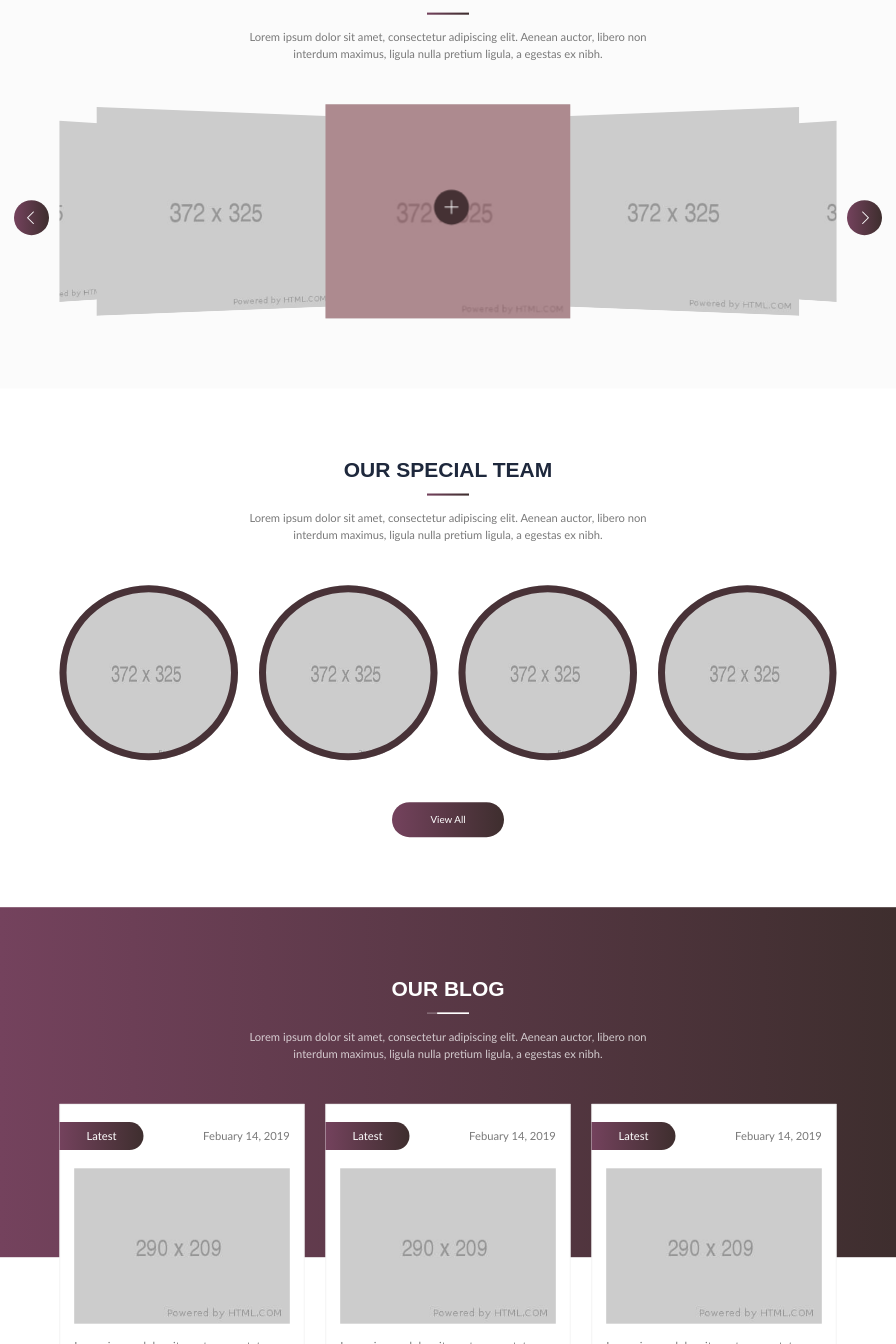
Repository: maqsudov0371/vazifa7oy10dars
Page: http://localhost/
The author's editor kept a copy of each file at every save. The page is drawn from the files as they stood at one save, then again after a run of saves.
The browser window is 1280 px wide. The pictures show the part of the page from y = 3000 to 4920 px (the page is 7058 px tall), at 70% of full size.
Backgrounds fixed to the window are drawn as part of the page. Some web fonts or font styles are not loaded; a fallback is used. The page is served by the project's application, run on Django 4.2 (manage.py). The page reads the database file committed with the project. Queries for data that is not in the repository find no rows.

Above is the page before, as saved 2024-09-11 15:12:08.

After the next 2 saves:
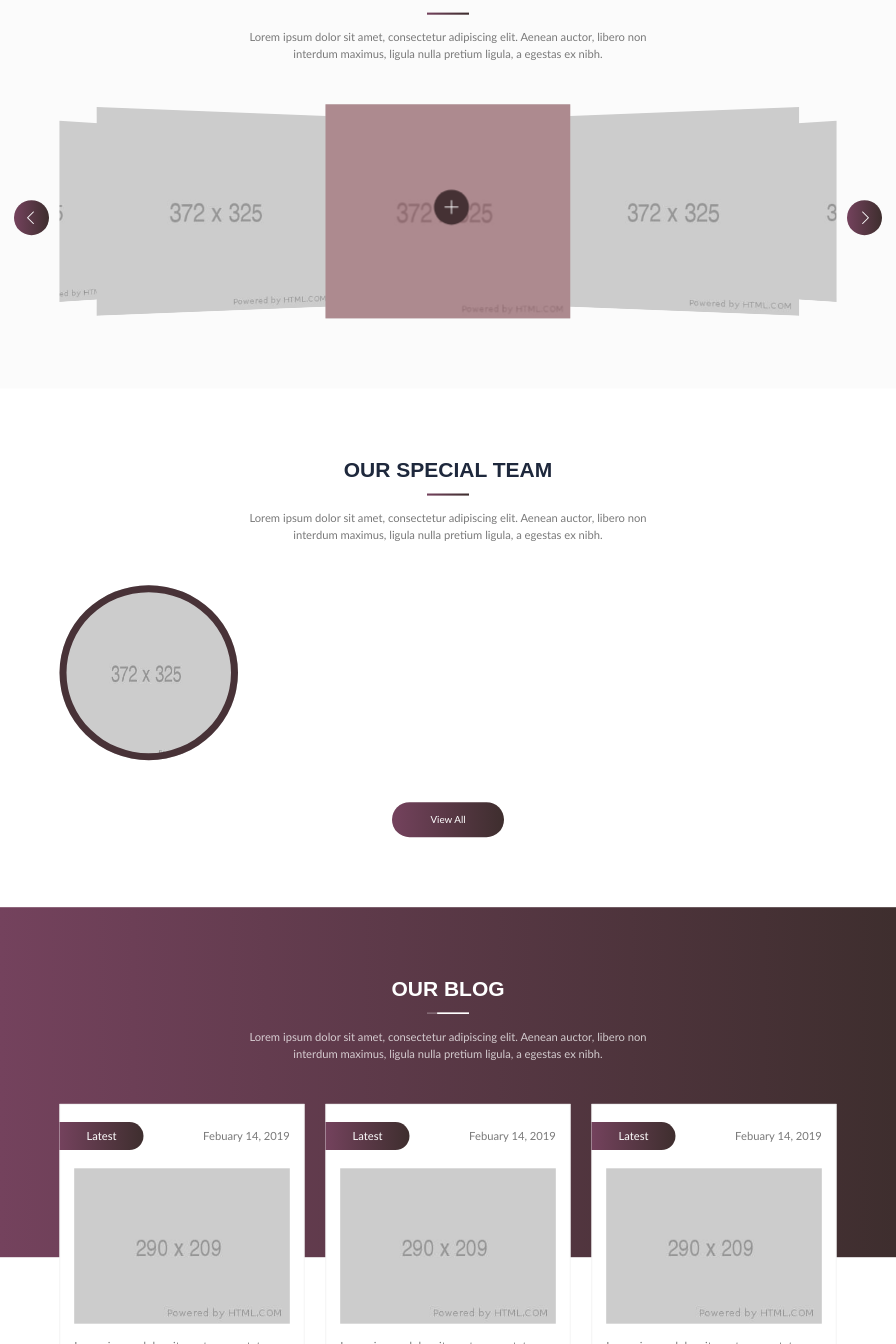
The 2 saves are shown as one change because they came seconds apart.
The last was saved 5 min 21 s later.
--- a/main/templates/main/components/_team_wrapper.html
+++ b/main/templates/main/components/_team_wrapper.html
@@ -8,6 +8,7 @@
                             <br>interdum maximus, ligula nulla pretium ligula, a egestas ex nibh.</p>
                     </div>
                 </div>
+
                 <div class="col-xl-3 col-lg-3 col-md-6 col-sm-6 col-12 self_align_center">
                     <div class="edu_team_main_box">
                         <h3><a href="#">Jacklen Fandores</a></h3>
@@ -27,63 +28,7 @@
                         </div>
                     </div>
                 </div>
-                <div class="col-xl-3 col-lg-3 col-md-6 col-sm-6 col-12 self_align_center">
-                    <div class="edu_team_main_box">
-                        <h3><a href="#">Jacklen Fandores</a></h3>
-                        <p>Web Designer</p>
-                        <ul>
-                            <li><a href="#"><i class="fab fa-facebook-f"></i></a>
-                            </li>
-                            <li><a href="#"><i class="fab fa-twitter"></i></a>
-                            </li>
-                            <li><a href="#"><i class="fab fa-youtube"></i></a>
-                            </li>
-                            <li><a href="#"><i class="fab fa-linkedin-in"></i></a>
-                            </li>
-                        </ul>
-                        <div class="edu_team_inner_box">
-                            <img src="/static/images/it2.jpg" alt="img">
-                        </div>
-                    </div>
-                </div>
-                <div class="col-xl-3 col-lg-3 col-md-6 col-sm-6 col-12 self_align_center">
-                    <div class="edu_team_main_box">
-                        <h3><a href="#">Jacklen Fandores</a></h3>
-                        <p>Web Designer</p>
-                        <ul>
-                            <li><a href="#"><i class="fab fa-facebook-f"></i></a>
-                            </li>
-                            <li><a href="#"><i class="fab fa-twitter"></i></a>
-                            </li>
-                            <li><a href="#"><i class="fab fa-youtube"></i></a>
-                            </li>
-                            <li><a href="#"><i class="fab fa-linkedin-in"></i></a>
-                            </li>
-                        </ul>
-                        <div class="edu_team_inner_box">
-                            <img src="/static/images/it3.jpg" alt="img">
-                        </div>
-                    </div>
-                </div>
-                <div class="col-xl-3 col-lg-3 col-md-6 col-sm-6 col-12 self_align_center">
-                    <div class="edu_team_main_box">
-                        <h3><a href="#">Jacklen Fandores</a></h3>
-                        <p>Web Designer</p>
-                        <ul>
-                            <li><a href="#"><i class="fab fa-facebook-f"></i></a>
-                            </li>
-                            <li><a href="#"><i class="fab fa-twitter"></i></a>
-                            </li>
-                            <li><a href="#"><i class="fab fa-youtube"></i></a>
-                            </li>
-                            <li><a href="#"><i class="fab fa-linkedin-in"></i></a>
-                            </li>
-                        </ul>
-                        <div class="edu_team_inner_box">
-                            <img src="/static/images/it4.jpg" alt="img">
-                        </div>
-                    </div>
-                </div>
+
                 <div class="col-md-12">
                     <div class="edu_bottom_btn_wrapper float_left"> <a href="#">View All</a>
                     </div>
